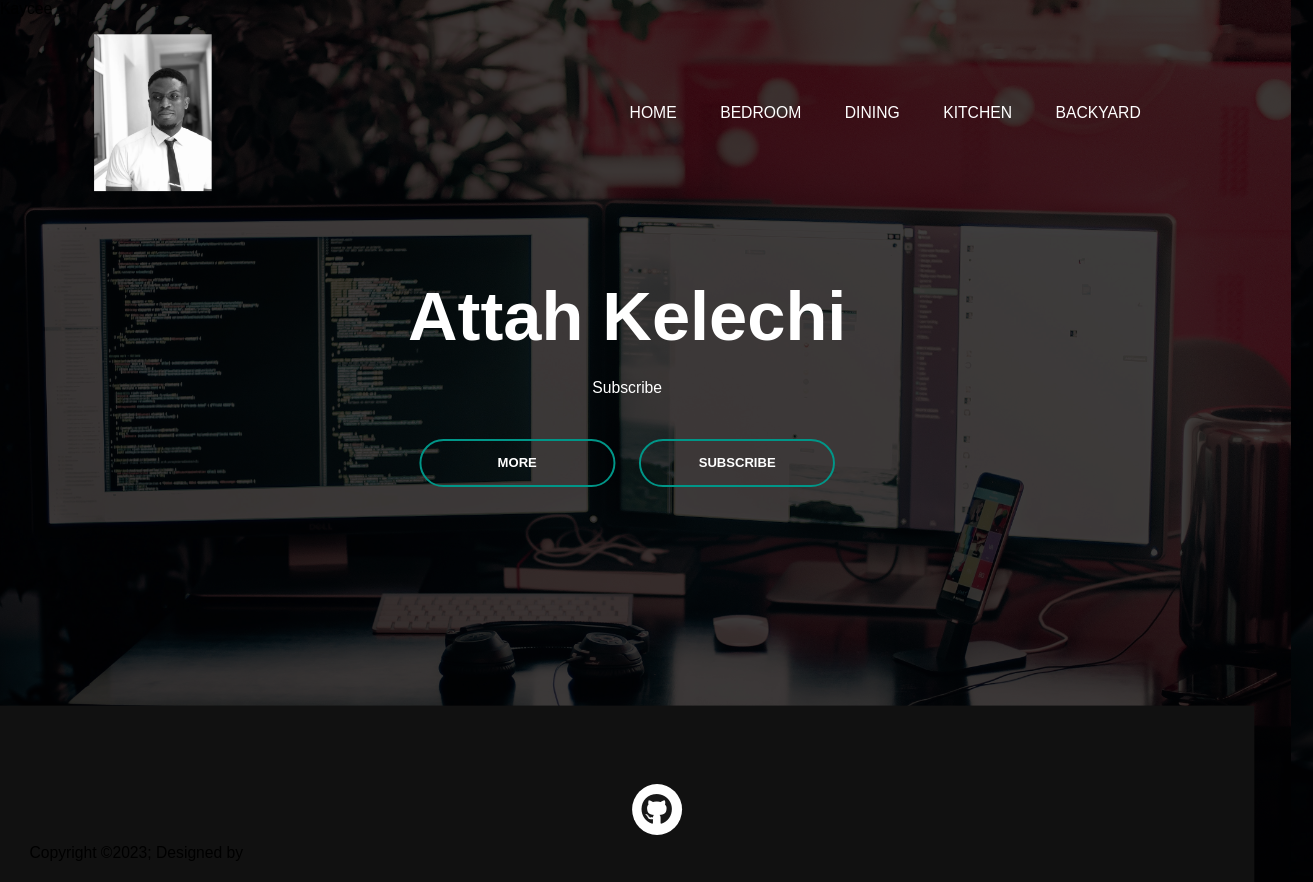
Repository: Kaycee-attah/HNG-Internship_2023
Page: index.html
These files come from the project's save history. The page is drawn as it stood at one moment and after the next save; the edit follows.
The browser window is 1280 px wide. The page is 1340 px wide, so the pictures cover 1340 px, including what lies to the right of the window. The pictures show the whole page, at 98% of full size.

Above is the page before, as saved 2023-09-07 02:50:06.

After the next save:
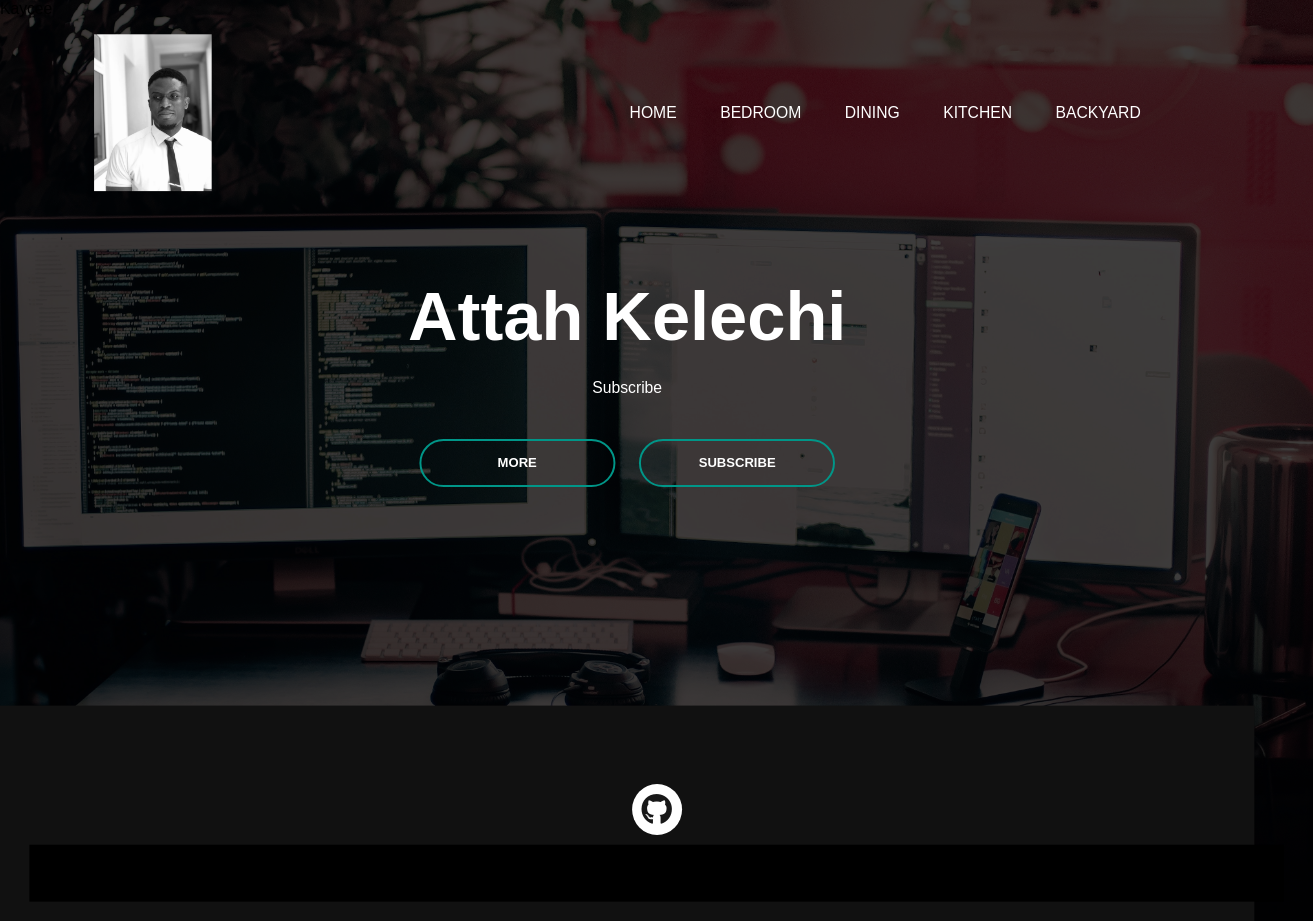
Saved 3 min 6 s later.
--- a/style.css
+++ b/style.css
@@ -130,3 +130,8 @@ footer{
     background-color: white;
     transition: 0.5s;
 }
+.footer_Bottom {
+    background-color: #000;
+    padding: 20px;
+    text-align: center;
+}
